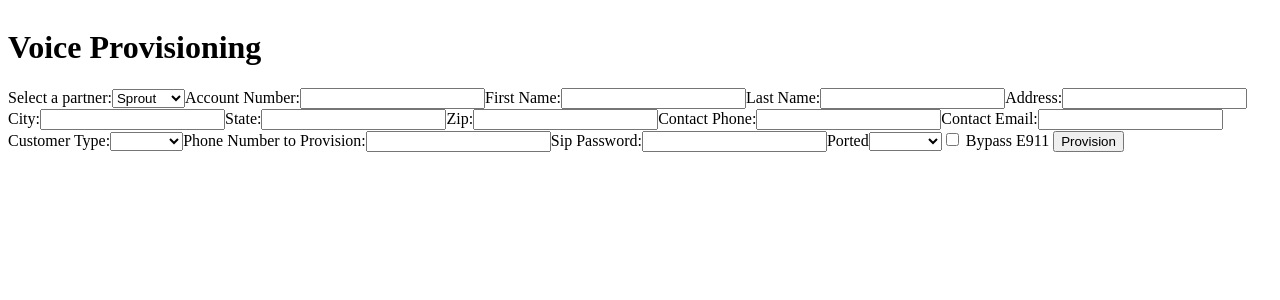
Repository: smallchungus/logiccom
Page: /
An editor plug-in stored every save of this project. The page is shown before and after the next save, followed by the edit.
The browser window is 1280 px wide. The pictures show the whole page.
The project was rebuilt for these pictures with package versions that can differ from the ones it lists, and the page was loaded fresh each time. Also part of the build but not shown: vite.config.ts.

Above is the page before, as saved 2023-05-04 11:00:48.

### src/App.vue
<template>

<header>
  <h1>Voice Provisioning</h1>
</header>

  <form>
    <label for="partner">Select a partner:</label>
    <select id="partner" name="partner">
      <option value="Sprout">Sprout</option>
      <option value="option2">Option 2</option>
    </select>

    <label for="accountNum">Account Number:</label>
    <input type="text" id="accountNum" name="accountNum">

    <label for="firstName">First Name:</label>
    <input type="text" id="firstName" name="firstName">

    <label for="lastName">Last Name:</label>
    <input type="text" id="lastName" name="lastName">

    <label for="address">Address:</label>
    <input type="text" id="address" name="address">

    <label for="city">City:</label>
    <input type="text" id="city" name="city">

    <label for="state">State:</label>
    <input type="text" id="state" name="state">

    <label for="zip">Zip:</label>
    <input type="text" id="zip" name="zip">

    <label for="contactPhone">Contact Phone:</label>
    <input type="text" id="contactPhone" name="contactPhone">

    <label for="contactEmail">Contact Email:</label>
    <input type="text" id="contactEmail" name="contactEmail">

    <label for="customerType">Customer Type:</label>
    <select id="customerType" name="customerType">
      <option value="Sprout"></option>
      <option value="option2">Option 2</option>
    </select>

    <label for="phoneToProv">Phone Number to Provision:</label>
    <input type="text" id="phoneToProv" name="phoneToProv">

    <label for="sipPassword">Sip Password:</label>
    <input type="text" id="sipPassword" name="sipPassword">

    <label for="ported">Ported</label>
    <select id="ported" name="ported">
      <option value=""></option>
      <option value="option2">Option 2</option>
    </select>

    <label>
      <input type="checkbox" >
      Bypass E911
    </label>
    <p v-if="isChecked">I'm checked!</p>

    <button type="submit">Provision</button>
  </form>
</template>

<style>
@media (min-width: 1024px) {
  header {
    display: flex;
    place-items: center;
    padding-right: calc(var(--section-gap) / 2);
  }

  .logo {
    margin: 0 2rem 0 0;
  }

  header .wrapper {
    display: flex;
    place-items: flex-start;
    flex-wrap: wrap;
  }
}
</style>

Loaded but not shown: index.html (common file); src/main.ts (common file)

After the next save:
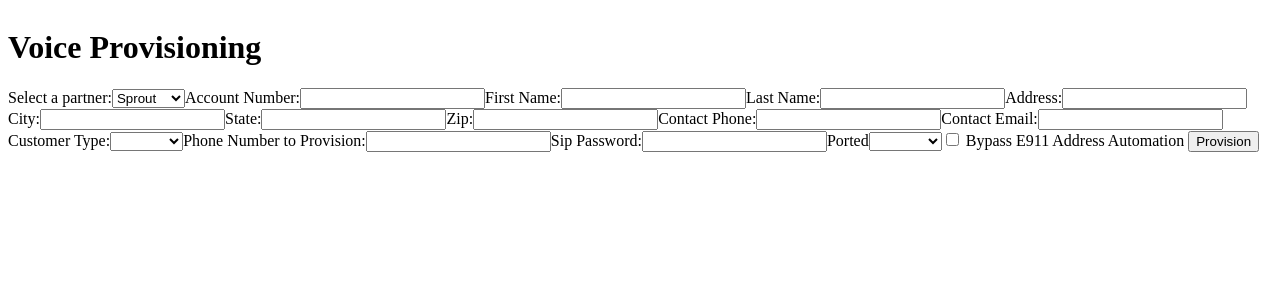
Saved 6 s later.
--- a/src/App.vue
+++ b/src/App.vue
@@ -58,7 +58,7 @@
 
     <label>
       <input type="checkbox" >
-      Bypass E911
+      Bypass E911 Address Automation
     </label>
     <p v-if="isChecked">I'm checked!</p>
 
